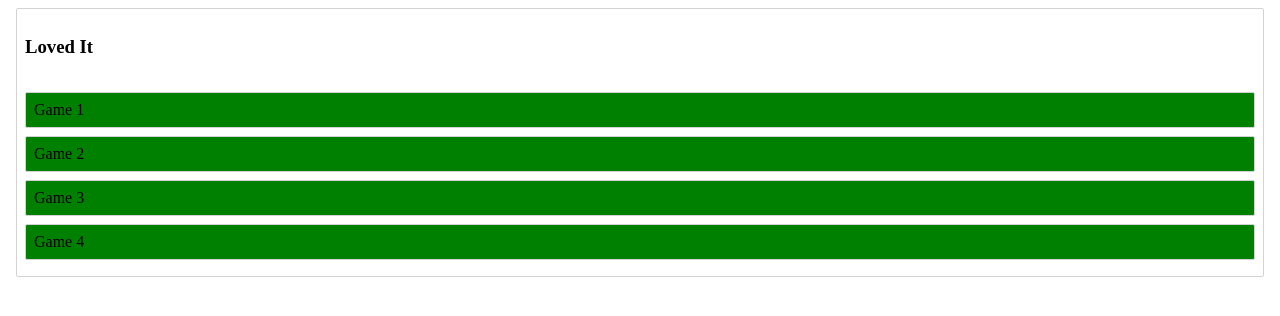
Repository: akiachenise/akiachenise.github.io
Page: / (app in JackboxGames_TierList_vanilla/tier-ranking/tier-list-app/)
These files come from the project's save history. The page is drawn as it stood at one moment and after the next save; the edit follows.
The browser window is 1280 px wide. The pictures show the whole page.
The project was rebuilt for these pictures with package versions that can differ from the ones it lists, and the page was loaded fresh each time.

Above is the page before, as saved 2022-11-29 18:21:18.

### JackboxGames_TierList_vanilla/tier-ranking/tier-list-app/src/index.js
import React from 'react';
import ReactDOM from 'react-dom';
import '@atlaskit/css-reset';
import { DragDropContext } from 'react-beautiful-dnd';
import Column from './column'
import initialData from './initial-data';

class App extends React.Component {
  state = initialData

  onDragEnd = result => {
    const {destination, source, draggableId } = result;

    if(!destination) {
      return;
    }

    if (destination.droppableId === source.droppableId && destination.index === source.index) {
      return;
    }

    const column = this.state.columns[source.droppableId];
    const newTaskIds = Array.from(column.taskIds);
    newTaskIds.splice(source.index, 1);
    newTaskIds.splice(destination.index, 0, draggableId);

    const newColumn = {
      ...column,
      taskIds: newTaskIds,
    };

    const newState = {
      ...this.state,
      columns: {
        ...this.state.columns,
        [newColumn.id]: newColumn,
      },
    };

    this.setState(newState);
  }
  render() {
    return (

    <DragDropContext onDragEnd={this.onDragEnd}>
    {this.state.columnOrder.map((columnId) => {
      const column = this.state.columns[columnId];
      const tasks = column.taskIds.map(taskId => this.state.tasks[taskId]);

      return <Column key={column.id} column={column} tasks={tasks} />;
    })}
    </DragDropContext>
    );
  }
}

ReactDOM.render(<App />, document.getElementById('root'));

### JackboxGames_TierList_vanilla/tier-ranking/tier-list-app/src/column.js
import React from 'react';
import styled from 'styled-components';
import { Droppable } from 'react-beautiful-dnd';
import Task from './task';

const Container = styled.div`
  margin: 8px;
  border: 1px solid lightgrey;
  border-radius: 2px;
`;
const Title = styled.h3`
  padding: 8px;
`;
const TaskList = styled.div`
  padding: 8px;
`;

export default class Column extends React.Component {
  render() {
    return (
      <Container>
        <Title>{this.props.column.title}</Title>
        <Droppable droppableId={this.props.column.id}>
          {provided =>
            <TaskList
              ref={provided.innerRef}
              {...provided.droppableProps}
            >
              {this.props.tasks.map((task, index) => (
                <Task key={task.id} task={task} index={index} />
              ))}
              {provided.placeholder}
            </TaskList>
          }
        </Droppable>
      </Container>
    );
  }
}

### JackboxGames_TierList_vanilla/tier-ranking/tier-list-app/src/initial-data.js
const initialData = {
    tasks: {
      'task-1': { id: 'task-1', content: 'Game 1' },
      'task-2': { id: 'task-2', content: 'Game 2' },
      'task-3': { id: 'task-3', content: 'Game 3' },
      'task-4': { id: 'task-4', content: 'Game 4' },
    },
    columns: {
      'column-1': {
        id: 'column-1',
        title: 'Loved It',
        taskIds: ['task-1', 'task-2', 'task-3', 'task-4'],
      }
    },
    // Facilitate reordering of the columns
    columnOrder: [ 'column-1']
  };

  export default initialData;

### JackboxGames_TierList_vanilla/tier-ranking/tier-list-app/src/task.jsx
import React from 'react';
import styled from 'styled-components';
import { Draggable } from 'react-beautiful-dnd';

const Container = styled.div`
  border: 1px solid lightgrey;
  border-radius: 2px;
  padding: 8px;
  margin-bottom: 8px;
  background-color: green;
`;

export default class Task extends React.Component {
  render() {
    return (
    <Draggable draggableId={this.props.task.id} index={this.props.index}>
      {provided => (
        <Container
          ref={provided.innerRef}
          {...provided.draggableProps}
          {...provided.dragHandleProps}
        >
          {this.props.task.content}
        </Container>
      )}
    </Draggable>
    );
  }
}

Loaded but not shown: JackboxGames_TierList_vanilla/tier-ranking/tier-list-app/public/index.html (common file)

After the next save:
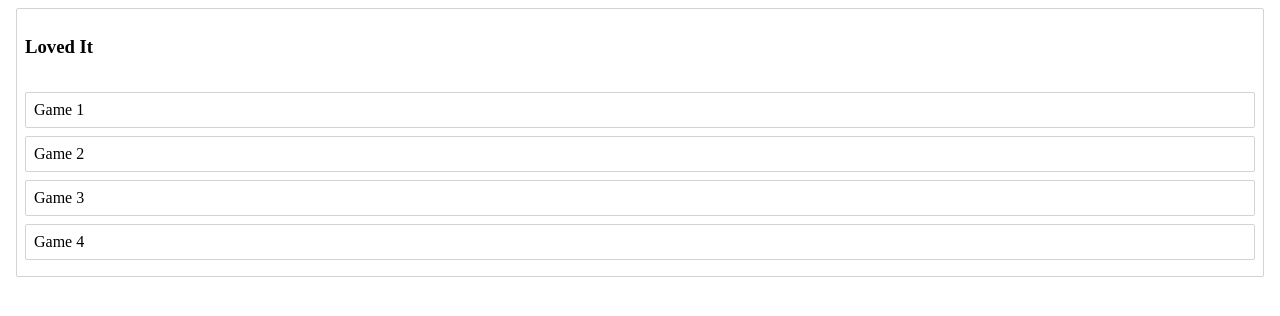
Saved 5 min 36 s later.
--- a/JackboxGames_TierList_vanilla/tier-ranking/tier-list-app/src/task.jsx
+++ b/JackboxGames_TierList_vanilla/tier-ranking/tier-list-app/src/task.jsx
@@ -7,7 +7,7 @@ const Container = styled.div`
   border-radius: 2px;
   padding: 8px;
   margin-bottom: 8px;
-  background-color: green;
+  background-color: white;
 `;
 
 export default class Task extends React.Component {
